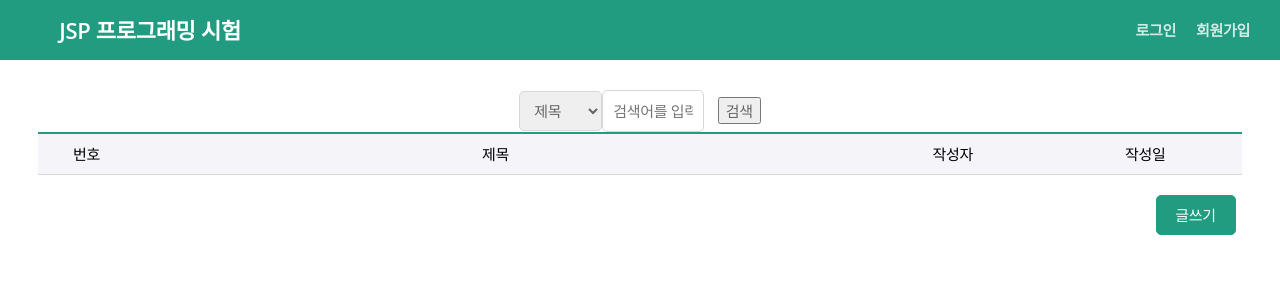
Repository: yujin149/noticeJSP
Page: http://localhost/BBS/bbs.jsp
An editor plug-in stored every save of this project. The page is shown before and after the next save, followed by the edit.
The browser window is 1280 px wide. The pictures show the whole page.
Some web libraries are served in a nearby version. The page is served by Tomcat 9. Queries for data that is not in the repository find no rows.

Above is the page before, as saved 2024-11-29 06:43:32.

After the next save:
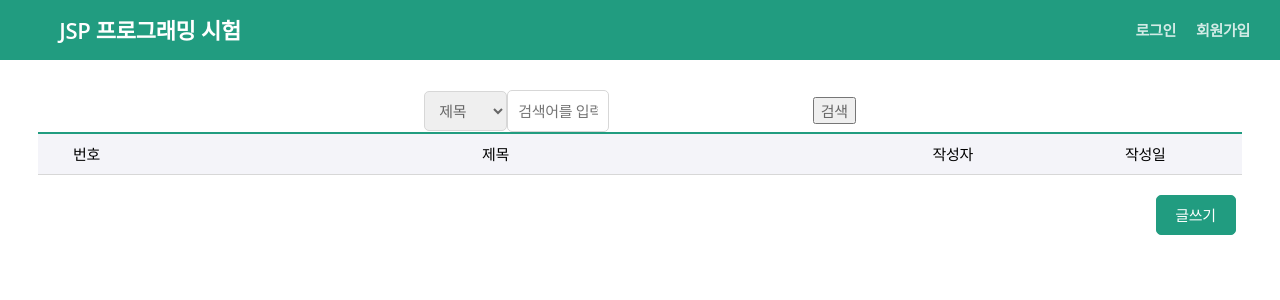
Saved 6 s later.
--- a/BBS/src/main/webapp/css/style.css
+++ b/BBS/src/main/webapp/css/style.css
@@ -75,4 +75,4 @@
 .searchWrap form{display:flex; justify-content: center; align-items: center;}
 .searchWrap input, .searchWrap select{height:40px; border:1px solid #d7d7d7;
 padding:0 10px; border-radius:5px;}
-.searchWrap input{width:80px; margin-right:10px;}
+.searchWrap input{width:80px; margin-right:200px;}

After the save that followed:
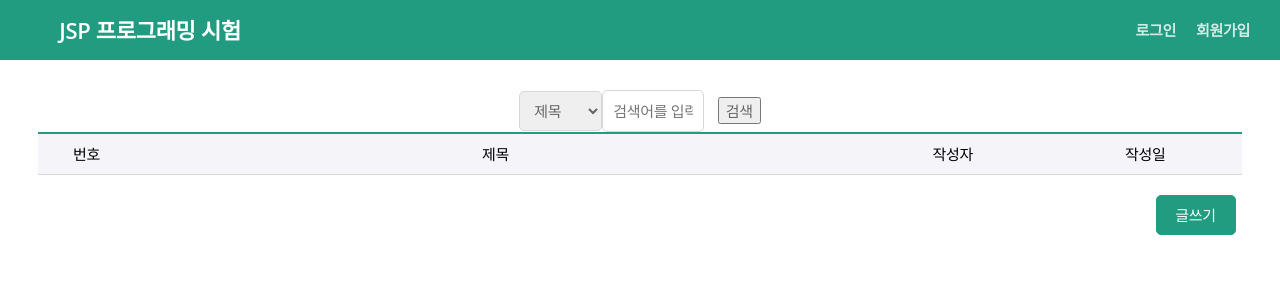
Saved 5 s later.
--- a/BBS/src/main/webapp/css/style.css
+++ b/BBS/src/main/webapp/css/style.css
@@ -75,4 +75,4 @@
 .searchWrap form{display:flex; justify-content: center; align-items: center;}
 .searchWrap input, .searchWrap select{height:40px; border:1px solid #d7d7d7;
 padding:0 10px; border-radius:5px;}
-.searchWrap input{width:80px; margin-right:200px;}
+.searchWrap input{width:80px; margin-right:10px;}
